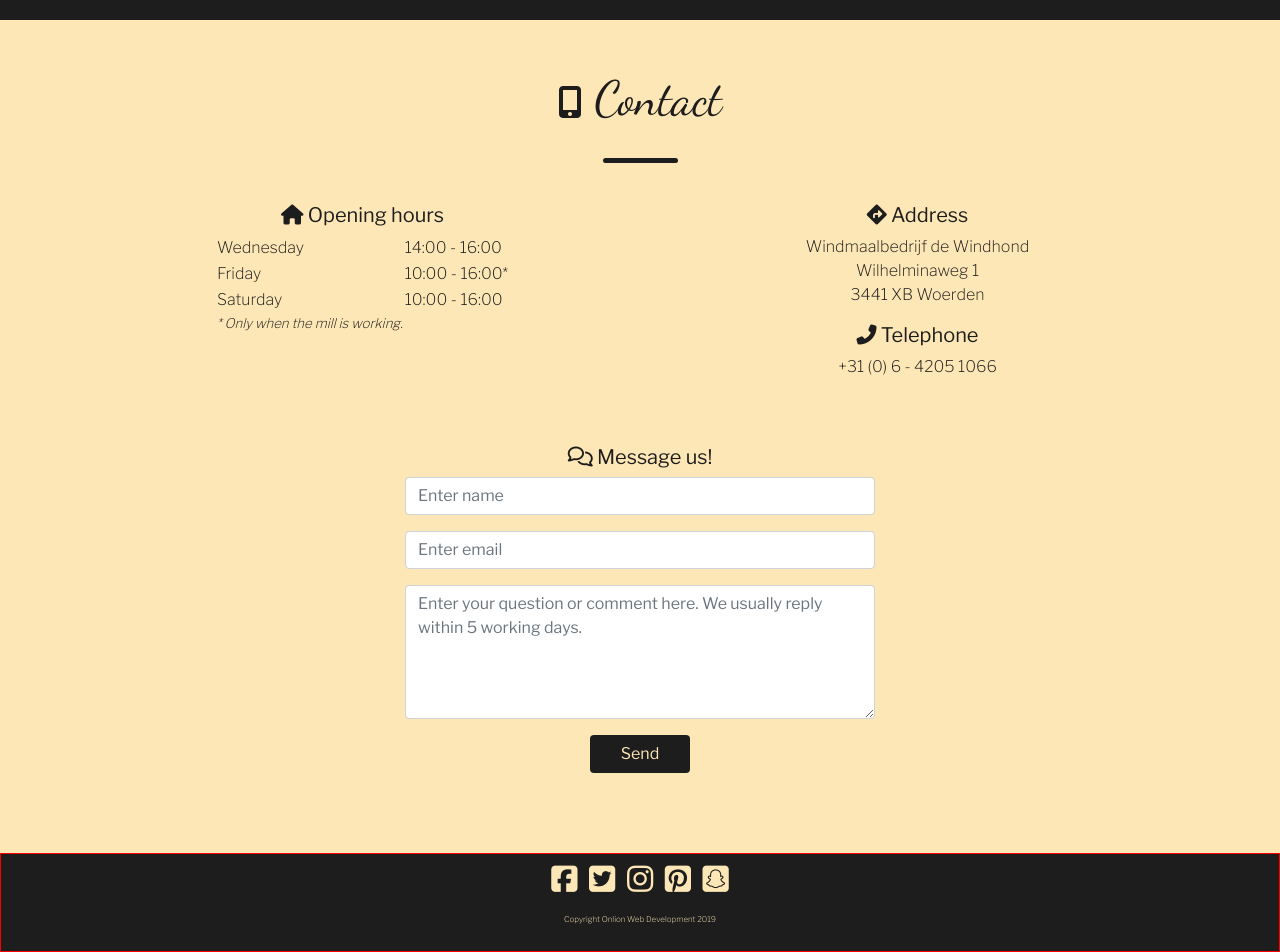
Repository: jdl208/DeWindhond
Page: index.html
The author's editor kept a record of every edit. The page is drawn from the files as they stood at one moment, then again after the next edit.
The browser window is 1280 px wide. The pictures show the part of the page from y = 2417 to 3369 px (the page is 3369 px tall before and 3359 px after).
Some web libraries are served in a nearby version.

Above is the page before.

After the next edit:
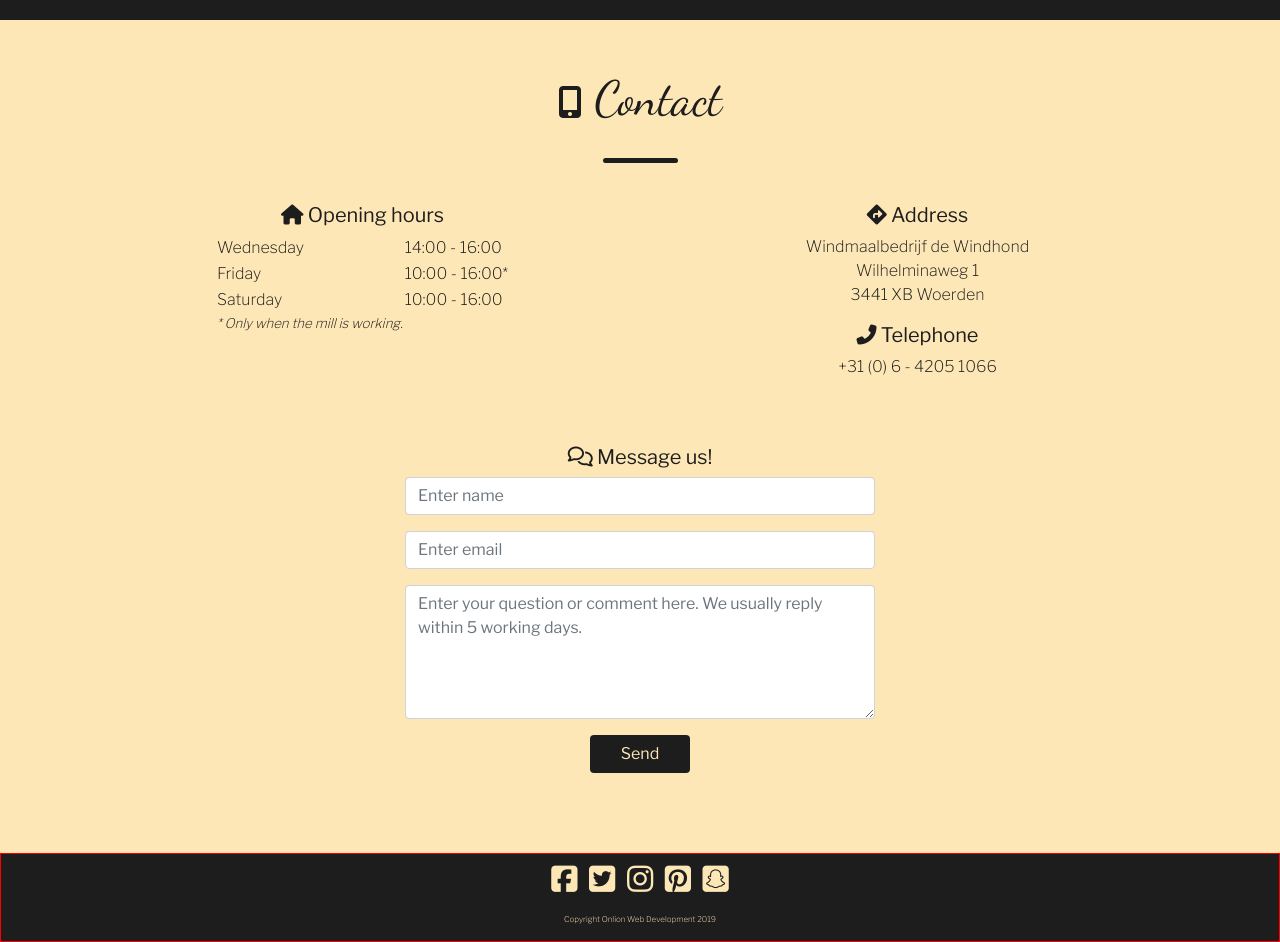
The edit:
--- a/assets/css/style.css
+++ b/assets/css/style.css
@@ -301,5 +301,4 @@
     font-weight: 200;
     font-size: 0.5rem;
     text-align: center;
-    padding-bottom: 10px;
-}
+}
